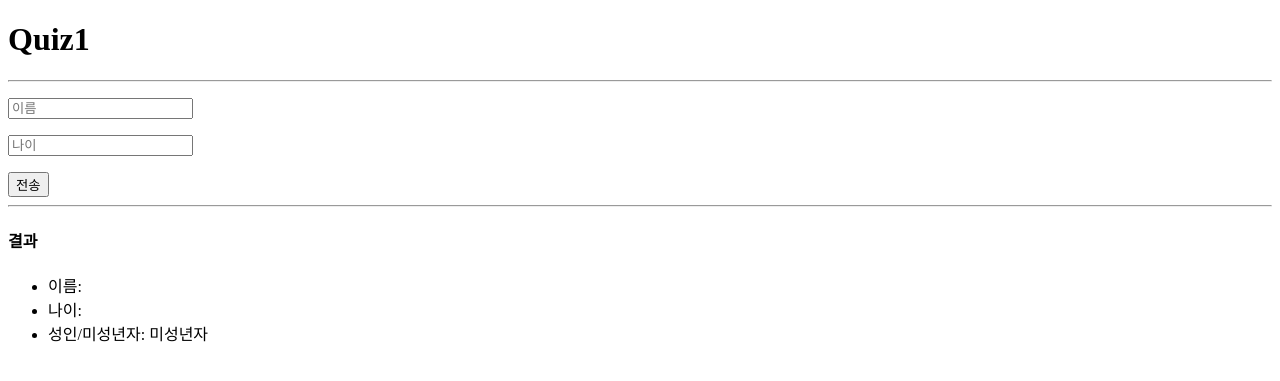
Repository: ChimmyWorld/JSP
Page: http://localhost/Day53/quiz1.jsp
These files come from the project's save history. The page is drawn as it stood at one moment and after the next save; the edit follows.
The browser window is 1280 px wide. The pictures show the whole page.
The page is served by Tomcat 9.

Above is the page before, as saved 2023-09-22 04:51:41.

After the next save:
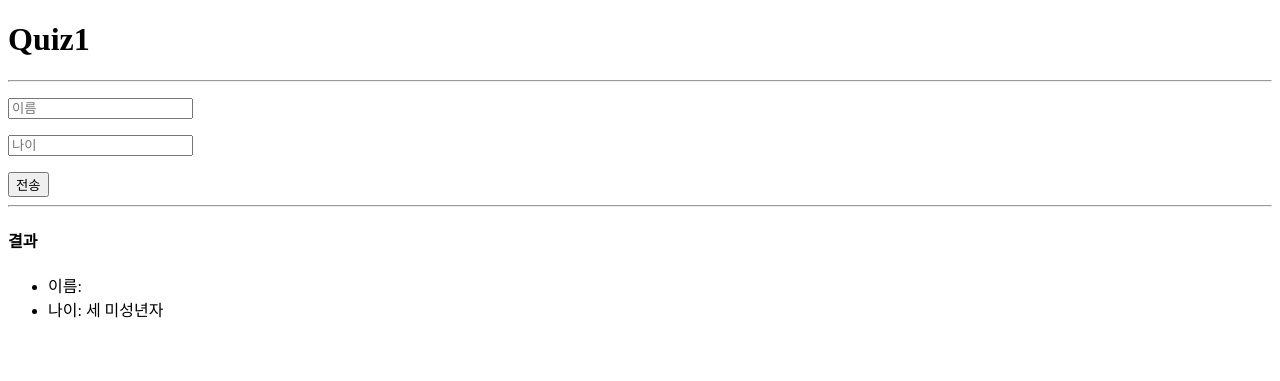
Saved 34 s later.
--- a/Day53/WebContent/quiz1.jsp
+++ b/Day53/WebContent/quiz1.jsp
@@ -22,8 +22,7 @@
 	<h4>결과</h4>
 	<ul>
 		<li>이름: ${param.name }</li>
-		<li>나이: ${param.age }</li>
-		<li>성인/미성년자: ${param.age > 18 ? '성인' : '미성년자' }</li>
+		<li>나이: ${param.age }세 ${param.age > 19 ? '성인' : '미성년자' }</li>
 	</ul>
 
 </body>
